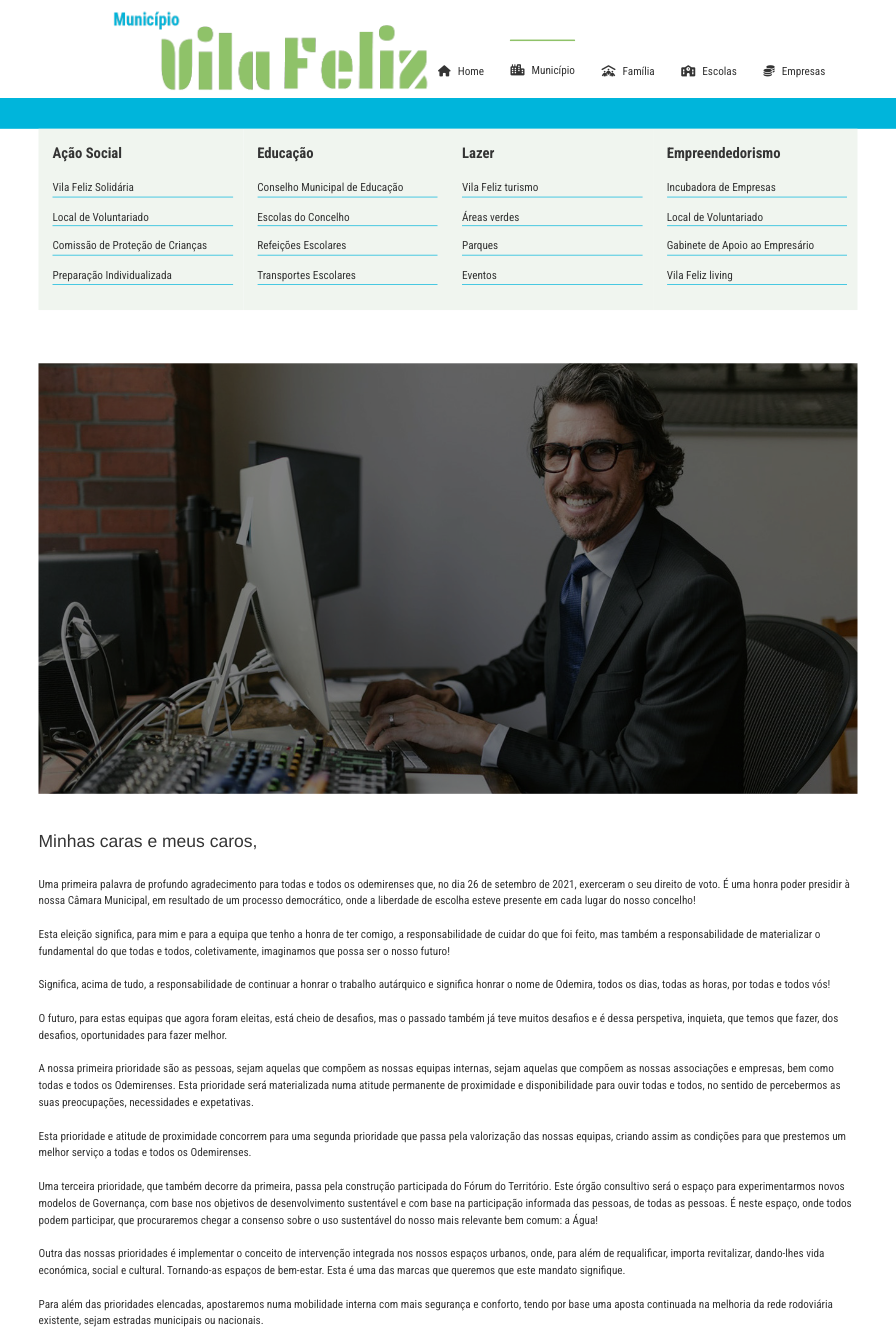
Repository: Goulart94/CmVilaFeliz
Page: municipio.html
These files come from the project's save history. The page is drawn as it stood at one moment and after the next save; the edit follows.
The browser window is 1280 px wide. The pictures show the part of the page from y = 0 to 1920 px (the page is 2803 px tall), at 70% of full size.
Some web libraries are served in a nearby version. The style sheet was rebuilt from its Sass, Less or Tailwind sources for each picture, by a compiler version that may differ from the author's.

Above is the page before, as saved 2022-05-18 01:04:57.

### municipio.html
<!doctype html>
<html class="no-js" lang="pt" dir="ltr">

<head>
    <meta charset="utf-8">
    <meta http-equiv="x-ua-compatible" content="ie=edge">
    <meta name="viewport" content="width=device-width, initial-scale=1.0">
    <title>Foundation for Sites</title>
    <link rel="stylesheet" href="./css/foundation/foundation.css">
    <link rel="stylesheet" href="https://unpkg.com/swiper@8/swiper-bundle.min.css" />
    <link rel="stylesheet" href="./css/styleCity/app.css">
    <link rel="preconnect" href="https://fonts.googleapis.com">
    <link rel="preconnect" href="https://fonts.gstatic.com" crossorigin>
    <link href="https://fonts.googleapis.com/css2?family=Roboto+Condensed:wght@400;700&display=swap" rel="stylesheet">
    <script src="https://kit.fontawesome.com/14f2d6eca8.js" crossorigin="anonymous"></script>
</head>

<body>
    <!--header-->
    <div class="ContaineHeader grid-x">
        <div class="logo cell small-4 medium-8 large-4">

            <img src="./images/imgsPgHome/logo.png" alt="logo">
        </div>
        <div class="navBar cell small-8 medium-4 large-8">
            <nav class="float-right">
                <ul id="navBar">
                    <li><a href="./home.html"><i class="fa-solid fa-house"></i>Home</a></li>
                    <li><a href="./municipio.html"><i class="fa-solid fa-city"></i>Município</a></li>
                    <li><a><i class="fa-solid fa-people-roof"></i>Família</a></li>
                    <li><a><i class="fa-solid fa-school"></i>Escolas</a></li>
                    <li><a><i class="fa-solid fa-coins"></i>Empresas</a></li>
                </ul>
            </nav>
        </div>
    </div>
    <!--section 1-->
    <section class=" containerSection ">
        <div class="ruleBlue"></div>
        <div class="contentShortcuts  grid-container ">
            <div class=" cell small-12 medium-12  large-12  grid-x ">
                <div class="cell small-3 medium-3 large-3">
                    <div class="shortcuts ">
                        <span>Ação Social</span>
                        <ul>
                            <li><a>Vila Feliz Solidária</a></li>
                            <li><a>Local de Voluntariado</a> </li>
                            <li><a>Comissão de Proteção de Crianças</a></li>
                            <li><a>Preparação Individualizada</a></li>
                        </ul>
                    </div>

                </div>
                <div class="bgGray150 cell small-3 medium-3 large-3">
                    <div class="shortcuts active">

                        <span>Educação</span>
                        <ul>
                            <li><a>Conselho Municipal de Educação</a></li>
                            <li><a>
                                    Escolas do Concelho
                                </a> </li>
                            <li><a>Refeições Escolares</a></li>
                            <li><a>Transportes Escolares</a></li>
                        </ul>
                    </div>

                </div>
                <div class="bgGray150 cell small-3 medium-3 large-3">
                    <div class="shortcuts">

                        <span>Lazer</span>
                        <ul>
                            <li><a>Vila Feliz turismo</a></li>
                            <li><a>Áreas verdes</a> </li>
                            <li><a>Parques</a></li>
                            <li><a>Eventos</a></li>
                        </ul>
                    </div>
                </div>
                <div class=" bgGray150 cell small-3 medium-3 large-3">
                    <div class="shortcuts">

                        <span>Empreendedorismo</span>
                        <ul>
                            <li><a>Incubadora de Empresas</a></li>
                            <li><a>Local de Voluntariado</a> </li>
                            <li><a>Gabinete de Apoio ao Empresário</a></li>
                            <li><a>Vila Feliz living</a></li>
                        </ul>
                    </div>
                </div>
            </div>

    </section>
    <!--section 2-->
    <section class="containerSectionTwo">
        <div class="grid-container">
            <div>
                <img src="./images/imgsPgmunicípio/presidente.jpg" alt="">
            </div>
            <div class="conatainerText">
                <p>
                    <h4>Minhas caras e meus caros,</h4><br>


                    Uma primeira palavra de profundo agradecimento para todas e todos os odemirenses que, no dia 26 de
                    setembro de 2021, exerceram o seu direito de voto. É uma honra poder presidir à nossa Câmara
                    Municipal, em resultado de um processo democrático, onde a liberdade de escolha esteve presente em
                    cada lugar do nosso concelho! <br><br>

                    Esta eleição significa, para mim e para a equipa que tenho a honra de ter comigo, a responsabilidade
                    de cuidar do que foi feito, mas também a responsabilidade de materializar o fundamental do que todas
                    e todos, coletivamente, imaginamos que possa ser o nosso futuro! <br><br>

                    Significa, acima de tudo, a responsabilidade de continuar a honrar o trabalho autárquico e significa
                    honrar o nome de Odemira, todos os dias, todas as horas, por todas e todos vós!<br><br>

                    O futuro, para estas equipas que agora foram eleitas, está cheio de desafios, mas o passado também
                    já teve muitos desafios e é dessa perspetiva, inquieta, que temos que fazer, dos desafios,
                    oportunidades para fazer melhor.<br><br>

                    A nossa primeira prioridade são as pessoas, sejam aquelas que compõem as nossas equipas internas,
                    sejam aquelas que compõem as nossas associações e empresas, bem como todas e todos os Odemirenses.
                    Esta prioridade será materializada numa atitude permanente de proximidade e disponibilidade para
                    ouvir todas e todos, no sentido de percebermos as suas preocupações, necessidades e
                    expetativas.<br><br>

                    Esta prioridade e atitude de proximidade concorrem para uma segunda prioridade que passa pela
                    valorização das nossas equipas, criando assim as condições para que prestemos um melhor serviço a
                    todas e todos os Odemirenses.<br><br>

                    Uma terceira prioridade, que também decorre da primeira, passa pela construção participada do Fórum
                    do Território. Este órgão consultivo será o espaço para experimentarmos novos modelos de Governança,
                    com base nos objetivos de desenvolvimento sustentável e com base na participação informada das
                    pessoas, de todas as pessoas. É neste espaço, onde todos podem participar, que procuraremos chegar a
                    consenso sobre o uso sustentável do nosso mais relevante bem comum: a Água!<br><br>

                    Outra das nossas prioridades é implementar o conceito de intervenção integrada nos nossos espaços
                    urbanos, onde, para além de requalificar, importa revitalizar, dando-lhes vida económica, social e
                    cultural. Tornando-as espaços de bem-estar. Esta é uma das marcas que queremos que este mandato
                    signifique.<br><br>

                    Para além das prioridades elencadas, apostaremos numa mobilidade interna com mais segurança e
                    conforto, tendo por base uma aposta continuada na melhoria da rede rodoviária existente, sejam
                    estradas municipais ou nacionais.<br><br>

                    Procuraremos aumentar a atratividade de Odemira para os nossos jovens, queremos investir em modelos
                    e formas de promoção de habitação que permitam a sua autonomia sem que, com isso, hipotequem o seu
                    futuro. Queremos apostar em modelos de apoio à concretização de projetos de vida onde o receio do
                    risco e a realidade de falhar se constituam, apenas, como um processo de aprendizagem para uma nova
                    tentativa. Queremos investir em ecossistemas criativos e culturais onde os jovens participem e
                    sintam realização social. Sintam que é aqui que querem viver e trabalhar!<br>

                    Mais do que olharmos para os dilemas entre os diferentes territórios dentro do nosso concelho,
                    queremos fomentar a coesão territorial com equidade, puxando pelo valor diferenciado de cada lugar,
                    olhando e intervindo de forma diferente sobre o que é diferente. É neste modelo que devemos assumir,
                    com cada Junta de Freguesia, o reforço de uma parceria bilateral que signifique a melhoria da
                    qualidade de vida de cada um dos Odemirenses.<br><br>

                    Finalmente, importa apenas acrescentar a centralidade que queremos dar ao nosso património. Nesta
                    dimensão, procuraremos revisitar o programa de exposições definido no projeto “o museu somos todos”,
                    encararemos a programação cultural num modelo transversal onde todos os públicos e todas as
                    expressões artísticas possam contribuir para a nossa afirmação coletiva, e, construiremos de forma
                    participada, em 2022, uma estratégia local de valorização do património cultural que nos permita uma
                    ação de médio longo prazo.<br>

                    Em resumo, no mandato que agora se inicia, procuraremos, com humildade, respeitar uma das premissas
                    fundamentais na política: Não podemos deixar ninguém para trás porque não podem existir pessoas
                    invisíveis! Todas e todos contam! Todas e todos contarão!

                    Tal como disse Herman Hess eu “não sou aquele que sabe, mas aquele que procura!” e é por isso mesmo,
                    que esta grande equipa que agora constituímos, procurará, com coragem, respeitar o legado de
                    construções e de conquistas que recebemos.<br><br>

                    Procurará, com convicção, aprofundar o processo democrático de que somos guardiões.<br><br>

                    E procurará, com paixão, dar tudo o que somos e temos por este sonho permanente que é Vila
                    Feliz.<br><br>


                    Jorge Jesus,<br>

                    O Presidente da Câmara Municipal de Odemira
                </p>
            </div>

        </div>
    </section>


    <!--Footer-->
    <div class="footer">
        <div class="containerImg">
         <img src="./images/svg/portugal-2020-vector-logo.svg" alt="">
        </div>
    </div>







    <script src="js/vendor/jquery.js"></script>
    <script src="js/vendor/what-input.js"></script>
    <script src="js/vendor/foundation.js"></script>
    <script src="js/app.js"></script>
    <script src="https://unpkg.com/swiper/swiper-bundle.min.js"></script>
    <script src="./js/control.js"></script>



</body>

</html>

### css/styleCity/app.scss
//style Globol

* {
    margin: 0;
    padding: 0;
    color: var(--gray-900);
    box-sizing: border-box;


  }
    a {
      color: inherit;
      text-decoration: inherit;
    }

    button:hover {
      cursor: pointer;
    }

    a:hover {
      cursor: pointer;
    }

  //colors
  :root {


    --white: #FFFFFF;
    --gray-150: #f0f5ef;
    --green-300: #8FC269;
    --blue-300: #00B5DB;
    --gray-900: #343434;
  }

  //Fonts Google

  body {
    background-color: var(--white);
    font-family: Roboto Condensed, sans-serif;
    color: var(--gray-900);
  }

  //Header ---------------------------------

  .ContaineHeader {
    width: 100%;
    height: 140px;

    display: flex;
    align-items: flex-end;
    background-color: var(--white);




    .logo {
      margin-bottom: 10px;

      img {
        margin-left: 162px;
        max-width: 450px;
      }

    }

    .navBar {
      nav {
        margin-right: 100px;

        ul {
          display: flex;
          list-style-type: none;
          justify-items: flex-end;

          li {

            margin-bottom: 16px;
            margin-left: 20px;

             a{

              line-height: 83px;
              height: 52px;
              margin-left: 16px;
              padding: 1px;
              display: block;
              position: relative;

              border-top: 3px solid var(--white);
              border-radius: 2px;

              transition: 0.3s;

              i{
                margin-right: 10px;
                color: var(--gray-900);
              }

             }
            a:hover{

              border-top: 3px solid var(--blue-300);

            }

            .active{
              line-height: 5rem;
              border-top: 3px solid var(--green-300);
              border-radius: 2px;

           }

          }
        }
      }
    }
  }








 // section 1 --------------------------------------

  .bgGray150 {
    background: var(--gray-150);
  }

  .bgGray50 {
    background: var(--white);
  }
  //formas cabeçalho das sections 4, 5, 6
  .ruleBlue{
    width: 100%;
    height: 43.8px;
    background: var(--blue-300);
  }

  .containerSection {
    width: 100%;



    .contentShortcuts {

      width: 100%;
      .shortcuts {
        height: 100%;
        padding-top: 20px;
        padding-bottom: 20px;
        background: var(--gray-150);


        h3 {

          font-weight: 400;
          background: var(--green-300);
          text-align: center;
          margin-bottom: 30px;
        }

        span {
          margin: 20px;
          font-size: 21px;
          font-weight: 700;
        }

        ul {
          margin-top: 20px;
          list-style-type: none;

          li {
            margin-bottom: 15px;
            margin-right: 15px;
            border-bottom: 1px solid var(--blue-300);
          }
        }

        a:hover {
          font-weight: 700;
        }

        &:hover{

             background: var(--white);

           box-shadow: 0px 14px 7px -10px var(--green-300);
        }
      }
    }

    .shortcutsDirect{
      margin-top: 20px;
      height: 200px;
      display: flex;
      align-items: center;
      justify-content: space-around;


       .link{
      background: var(--white);
       display:flex;
       align-items: center;
       text-align: center;
       width: 22%;
       height: 90%;
       border: 3px solid var(--blue-300);
       border-radius: 10px;
       transition: 0.3s;
        span{

          margin: 0 auto;
        }
       }
       .link:hover{
         cursor: pointer;
         transform: scale(1.1);
       }

    }

  }
  //section ----------------------------------

  .containerSectionTwo{

    margin-top: 76px;
    margin-bottom: 76px;

    img{
      filter: brightness(0.5);
    }

    .conatainerText{
      p{
        margin-top: 50px;
      }
    }

  }






  //footer-----------------------------------------------

  .footer{
    width: 100%;
    height: 300px;
    background: #343434;

    .containerImg{
      width: 100%;
      display: flex;

      img{
      margin: 0 auto;
      width: 400px;
      height: 300px;
      }
    }
  }

Loaded but not shown: js/vendor/jquery.js (library); js/vendor/what-input.js (library); js/vendor/foundation.js (library); js/control.js (6 lines, source omitted); js/app.js (1 lines, source omitted); css/foundation/foundation.scss (6468 lines, source omitted)

After the next save:
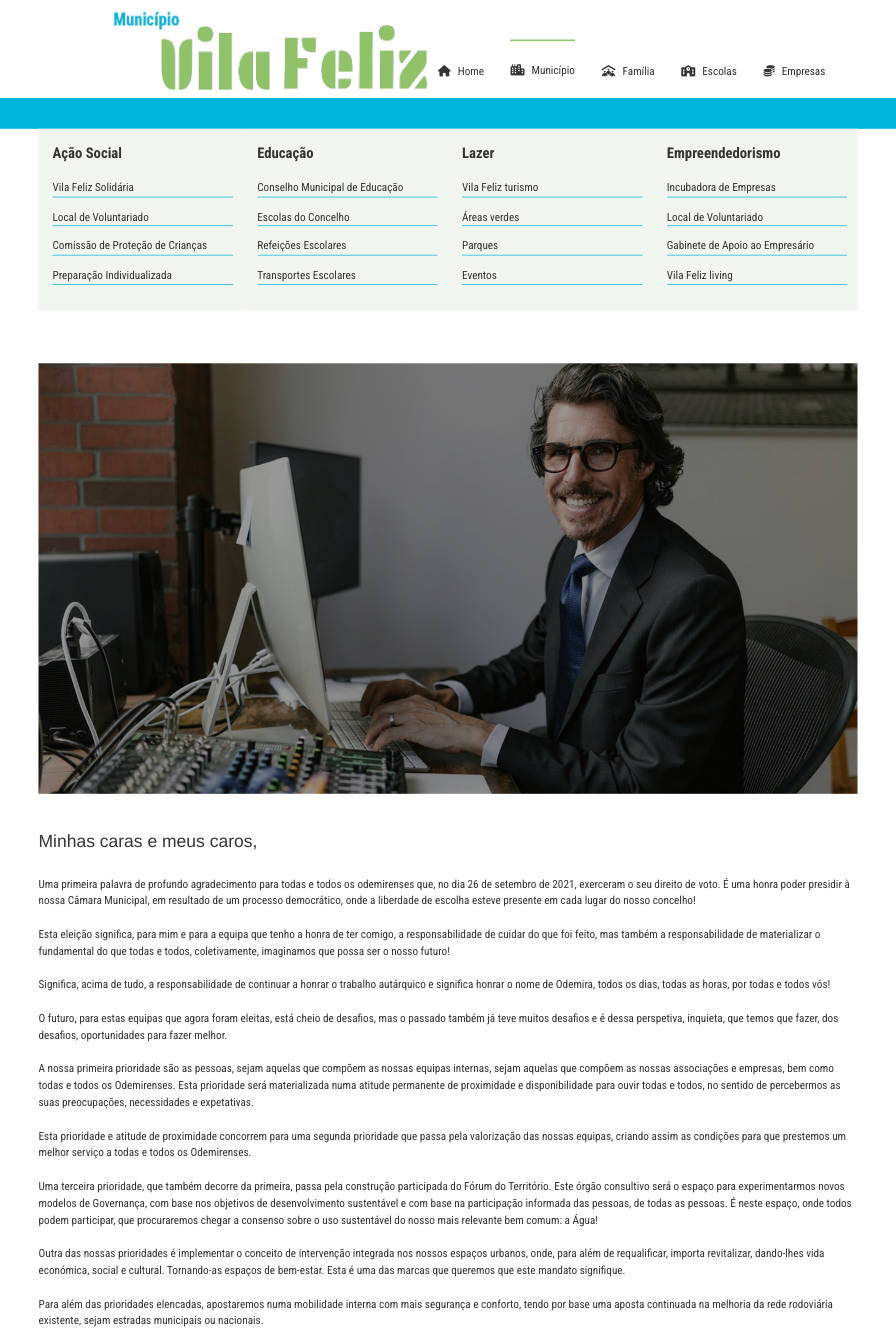
Saved 35 s later.
--- a/css/styleCity/app.scss
+++ b/css/styleCity/app.scss
@@ -231,7 +231,7 @@
     margin-bottom: 76px;
 
     img{
-      filter: brightness(0.5);
+      filter: brightness(0.6);
     }
 
     .conatainerText{
